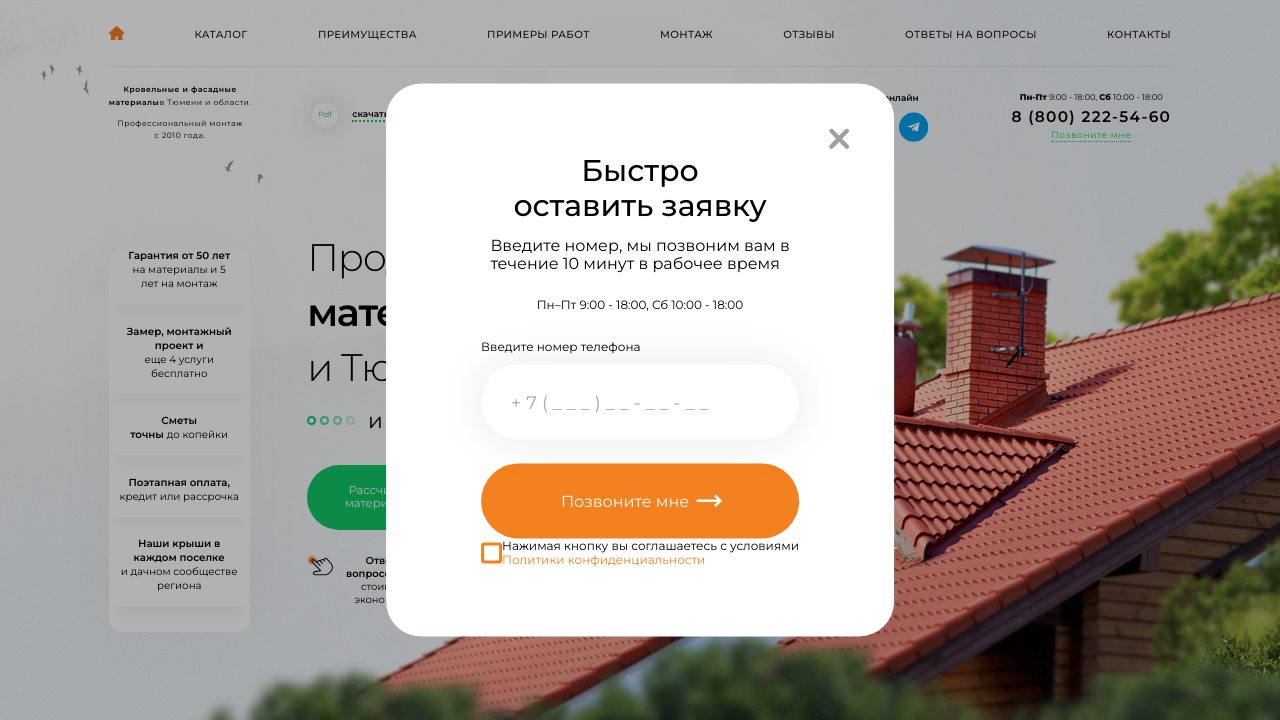
Repository: dima-hacker0/test_task_deyneka
Page: /
These files come from the project's save history. The page is drawn as it stood at one moment and after the next save; the edit follows.
The browser window is 1280 px wide. The pictures show the whole page.
The project was rebuilt for these pictures with package versions that can differ from the ones it lists, and the page was loaded fresh each time.

Above is the page before, as saved 2022-06-23 03:30:53.

After the next save:
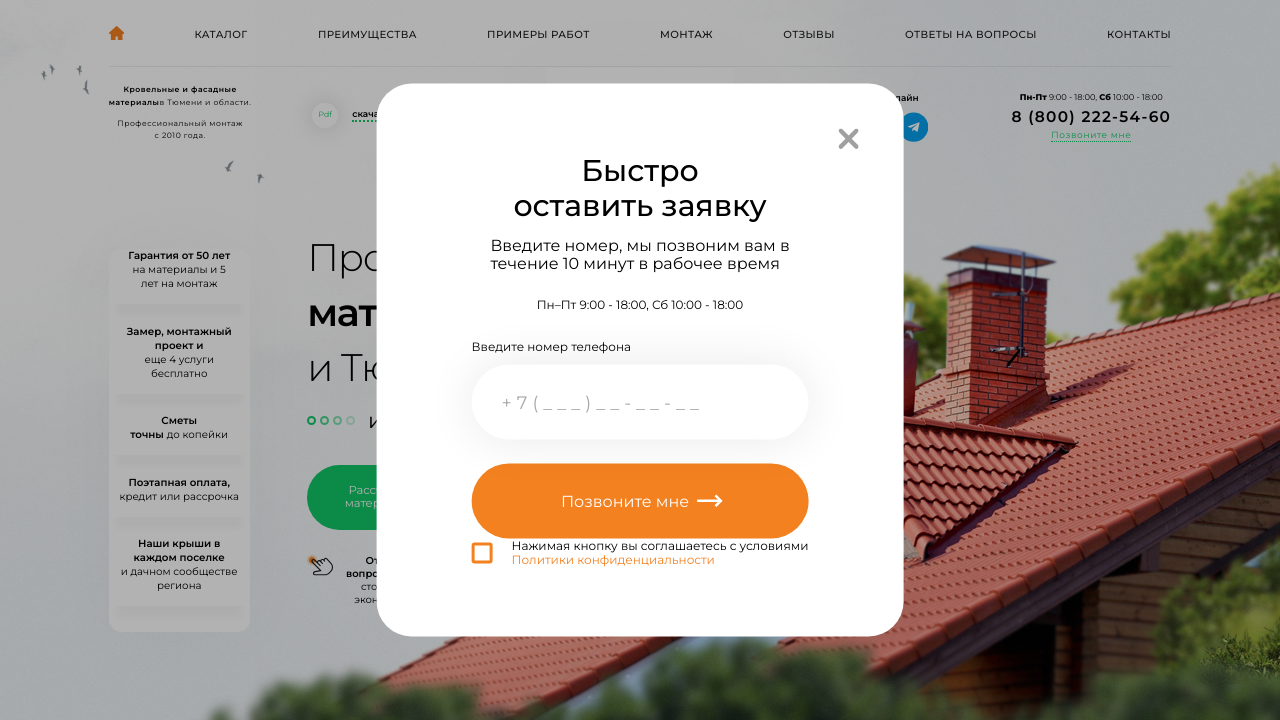
Saved 31 s later.
--- a/src/components/popap/popap.module.css
+++ b/src/components/popap/popap.module.css
@@ -114,4 +114,5 @@
 }
 .acceptConditions {
   font-size: 12px;
+  margin-left: 19px;
 }
